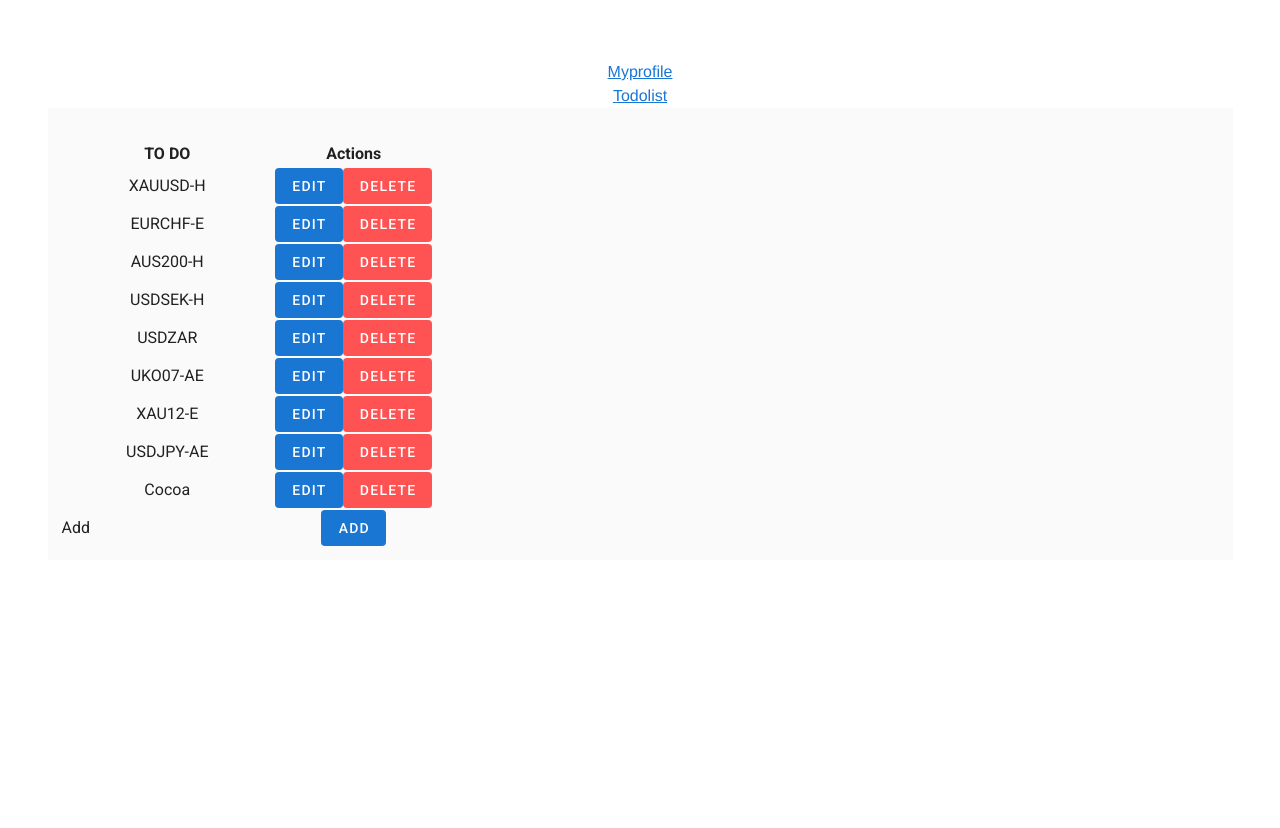
Repository: Shanshan67/todolist
Page: /#/todolist
These files come from the project's save history. The page is drawn as it stood at one moment and after a run of saves; the edit follows.
The browser window is 1280 px wide. The pictures show the whole page.
The project was rebuilt for these pictures with package versions that can differ from the ones it lists, and the page was loaded fresh each time. Requests to the local data server were answered from the project's data file. Also part of the build but not shown: src/pages/Dashboard.vue, src/components/Search.vue, src/components/List.vue, src/pages/Myprofile.vue.

Above is the page before, as saved 2022-07-20 19:35:17.

### index.html
<!DOCTYPE html>
<html>
  <head>
    <meta charset="utf-8">
    <meta name="viewport" content="width=device-width,initial-scale=1.0">
    <link href="https://fonts.googleapis.com/css?family=Roboto:100,300,400,500,700,900" rel="stylesheet">
    <link href="https://cdn.jsdelivr.net/npm/@mdi/font@6.x/css/materialdesignicons.min.css" rel="stylesheet">
    <title>baoge</title>
  </head>
  <body>
    <div id="app"></div>
    <!-- built files will be auto injected -->
  </body>
</html>

### src/main.js
// The Vue build version to load with the `import` command
// (runtime-only or standalone) has been set in webpack.base.conf with an alias.
import Vue from 'vue'
import App from './App'
import router from './router'
import store from './store'
import './plugins/vuetify'
import vuetify from '@/plugins/vuetify'

Vue.config.productionTip = false

/* eslint-disable no-new */
new Vue({
  el: '#app',
  router,
  store,
  vuetify,
  components: { App },
  template: '<App/>'
})

### src/App.vue
<template>
  <v-app>
    <div>
      <HelloWorld/>
    </div>
    <div>
      <router-link to="/profile">Myprofile</router-link>
      <v-spacer></v-spacer>
      <router-link to="/todolist">Todolist</router-link>
    </div>
    <v-content>
      <router-view/>
    </v-content>
  </v-app>
</template>

<script>
import Dashboard from './pages/Dashboard.vue';
export default {
    name: "App",
    components: { Dashboard }
}
</script>

<style>
#app {
  font-family: 'Avenir', Helvetica, Arial, sans-serif;
  -webkit-font-smoothing: antialiased;
  -moz-osx-font-smoothing: grayscale;
  text-align: center;
  color: #2c3e50;
  margin-top: 60px;
}
</style>

### src/router/index.js
import Vue from 'vue'
import Router from 'vue-router'
import Dashboard from '@/pages/Dashboard'
import Myprofile from '../pages/Myprofile'
import Todolist from '../pages/Todolist'

Vue.use(Router)

export default new Router({
  routes: [
    {
      path: '/',
      name: 'Dashboard',
      component: Dashboard
    },
    {
			path:'/profile',
			component:Myprofile
		},
		{
			path:'/todolist',
			component:Todolist
		}
  ]
})

### src/store/index.js
import Vue from 'vue'
import Vuex from 'vuex'
import Axios from "axios"

Vue.use(Vuex)

const todoUrl = "http://localhost:3000/todos";

const actions = {
	searchName(context,value){
		Axios.get(`${todoUrl}/${value}`).then(response => {
            context.commit('searchName', response.data);
			console.log(response.data)
        });
	}
}


const mutations = {
	searchName(state,data){
		state.users = data
	}
}

const state = {
	users:[]
}

export default new Vuex.Store({
	state,
	actions,
	mutations
})

### src/plugins/vuetify.js
// src/plugins/vuetify.js

import Vue from 'vue'
import Vuetify from 'vuetify'
import 'vuetify/dist/vuetify.min.css'

Vue.use(Vuetify, {
    iconfont: 'md',
    theme:{
        primary: '#962ff',
        success: '#3cd1c2',
        info: '#ffaa2c',
        error: '#f83e70',
    }
})

const opts = {}

export default new Vuetify(opts)

### src/pages/Todolist.vue
<template>
	<div>
		<v-app id="inspire">
    		<v-container class="grey lighten-5">
				<table class="table table-bordered mt-5">
					<thead>
						<tr>
							<th>TO DO</th>
							<th>Actions</th>
						</tr>
					</thead>
					<tbody>
						<tr v-for="(item, i) in todoList" :key="i">
							<td class="align-middle w-75">
								{{item.name}}
							</td>
							<td class="align-middle text-center w-75">
								<v-btn
        							depressed
        							color="primary"
									@click="handleEdit(item.id)">Edit</v-btn>
      		 					<v-btn
        							depressed
        							color="error"
									@click="handleDelete(item.id)">Delete</v-btn>
							</td>
						</tr>
					</tbody>
					<tfoot>
						<td class="align-middle text-center w-75">
							<div class="form-group">
								<label for="">
									{{ editMode ? "Edit" : "Add" }}</label>
								<input
									type="text"
									class="form-control"
									v-model="todoItem.name"
								/>
							</div>
						</td>
						<td class="align-middle text-center w-25">
							<v-btn
        						depressed
        						color="primary"
								@click="handleToDoItem">{{ editMode ? "Edit" : "Add" }}</v-btn>
							<v-btn
								v-if="editMode"
        						depressed
        						color="error"
								@click="handleCancel">Cancel</v-btn>
						</td>
					</tfoot>
				</table>
			</v-container>
  		</v-app>
	</div>
</template>

<script>
	import Axios from "axios";
	const todoUrl = "http://localhost:3000/todos";
	export default {
		name:'Todolist',
		data() {
			return {
				todoList:[],
				todoItem:{},
				editMode:false
			}
		},
		methods: {
			handleEdit(id){
				this.editMode=true;
				this.todoItem=this.todoList.find((item) => item.id == id);
			},
			handleCancel() {
				this.editMode=false;
				this.todoItem="";
			},
			async handleToDoItem(){
				const id=this.todoItem.id;
				if(this.editMode){
					await Axios.put(`${todoUrl}/${id}`, this.todoItem);
					this.editMode=false;
					this.todoItem.name="";
				}else{
					await Axios.post(todoUrl, this.todoItem);
					this.todoItem.name = "";
				}
				Axios.get(todoUrl).then((response) => (this.todoList = response.data));
			},
			async handleDelete(id) {
				await Axios.delete(`${todoUrl}/${id}`);
				Axios.get(todoUrl).then((response) => (this.todoList = response.data));
			}
		},
		created() {
			Axios.get(todoUrl).then((response) => (this.todoList = response.data));
		}
	}
</script>

### db.json
{
  "todos": [
    {
      "id": 2,
      "server_id": 3,
      "name": "XAUUSD-H",
      "description": "Gold vs USD",
      "currency": "USD",
      "type": 4,
      "digits": 2,
      "trade": 0,
      "swap_long": -1.83625,
      "swap_short": 1.82325,
      "contract_size": 100
    },
    {
      "id": 3,
      "server_id": 3,
      "name": "EURCHF-E",
      "description": "Euro vs Swiss Franc",
      "currency": "EUR",
      "type": 6,
      "digits": 5,
      "trade": 0,
      "swap_long": 0.027,
      "swap_short": -0.825,
      "contract_size": 100000
    },
    {
      "id": 4,
      "server_id": 3,
      "name": "AUS200-H",
      "description": "S&P/ASX200",
      "currency": "AUD",
      "type": 4,
      "digits": 2,
      "trade": 0,
      "swap_long": 0.68,
      "swap_short": -1.06,
      "contract_size": 1
    },
    {
      "id": 5,
      "server_id": 3,
      "name": "USDSEK-H",
      "description": "US Dollar vs Swedish Krona",
      "currency": "USD",
      "type": 4,
      "digits": 5,
      "trade": 0,
      "swap_long": 0.256,
      "swap_short": -1.44,
      "contract_size": 100000
    },
    {
      "id": 6,
      "server_id": 3,
      "name": "USDZAR",
      "description": "US Dollar vs South African Rand",
      "currency": "USD",
      "type": 0,
      "digits": 5,
      "trade": 2,
      "swap_long": -23.004,
      "swap_short": 5.88,
      "contract_size": 100000
    },
    {
      "id": 8,
      "server_id": 3,
      "name": "UKO07-AE",
      "description": "Brent Crude Oil Cash Future 0124-0530",
      "currency": "USD",
      "type": 29,
      "digits": 3,
      "trade": 0,
      "swap_long": -8.604,
      "swap_short": 4.626,
      "contract_size": 1000
    },
    {
      "id": 9,
      "server_id": 3,
      "name": "XAU12-E",
      "description": "Gold Future",
      "currency": "USD",
      "type": 4,
      "digits": 2,
      "trade": 0,
      "swap_long": -11.088,
      "swap_short": 0.792,
      "contract_size": 100
    },
    {
      "id": 10,
      "server_id": 3,
      "name": "USDJPY-AE",
      "description": "US Dollar vs Japanese Yen",
      "currency": "USD",
      "type": 27,
      "digits": 3,
      "trade": 0,
      "swap_long": 1.35,
      "swap_short": -4.191,
      "contract_size": 100000
    },
    {
      "id": 11,
      "server_id": 3,
      "name": "Cocoa",
      "description": "US Cocoa",
      "currency": "USD",
      "type": 20,
      "digits": 1,
      "trade": 0,
      "swap_long": -12.3289,
      "swap_short": 7.3873,
      "contract_size": 10
    }
  ]
}

After the next 2 saves:
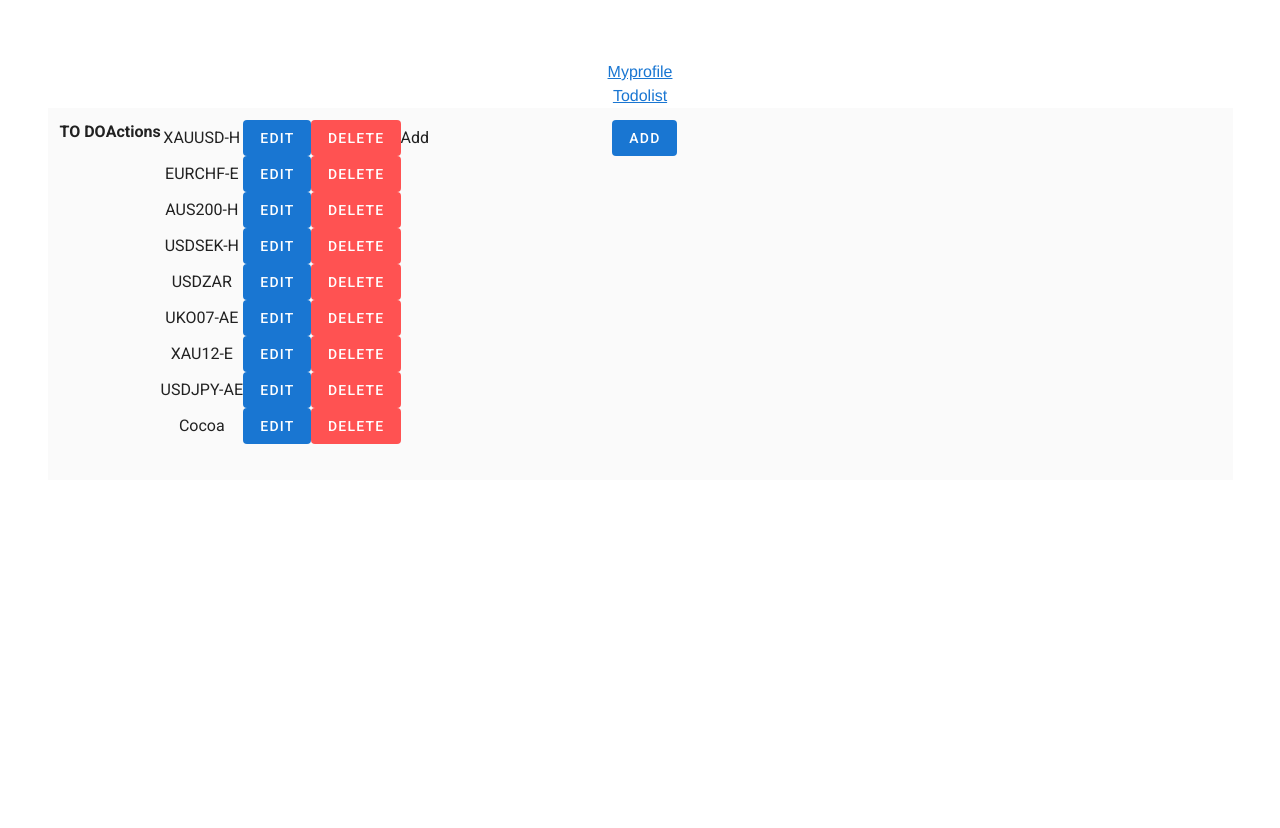
The 2 saves are shown as one change because 1 did not build or start.
The last was saved 2 min 14 s later.
--- a/src/pages/Todolist.vue
+++ b/src/pages/Todolist.vue
@@ -2,7 +2,7 @@
 	<div>
 		<v-app id="inspire">
     		<v-container class="grey lighten-5">
-				<table class="table table-bordered mt-5">
+				<v-row class="mb-6" no-gutters>
 					<thead>
 						<tr>
 							<th>TO DO</th>
@@ -50,7 +50,7 @@
 								@click="handleCancel">Cancel</v-btn>
 						</td>
 					</tfoot>
-				</table>
+				</v-row>
 			</v-container>
   		</v-app>
 	</div>
